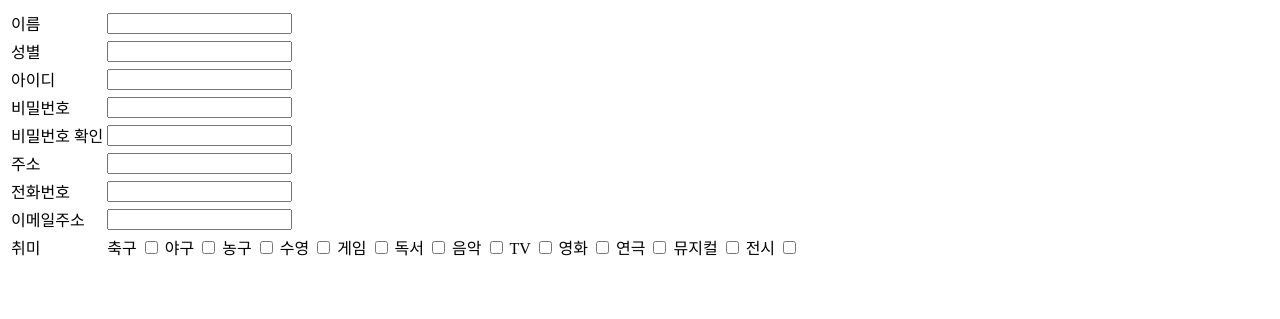
Repository: Gabintree/JDBC2019
Page: http://localhost/Jsp20190510_start/Jsp0516_chap6.jsp
These files come from the project's save history. The page is drawn as it stood at one moment and after the next save; the edit follows.
The browser window is 1280 px wide. The pictures show the whole page.
The page is served by Tomcat 9.

Above is the page before, as saved 2019-05-16 06:10:45.

### Jsp20190510_start/WebContent/Jsp0516_chap6.jsp
<%@ page language="java" contentType="text/html; charset=UTF-8"
    pageEncoding="UTF-8"%>
<!DOCTYPE html>
<html>
<head>
<meta charset="UTF-8">
<title>Chaop6 page.1</title>
</head>
<body>
	<form action="" method="">
	<table>
		<tr>
			<td>이름</td>
			<td><input type ="text" name="name"></td>
		</tr>
		<tr>
			<td>성별</td>
			<td><input type ="text" name="nmayeo"></td>
		</tr>
		<tr>
			<td>아이디</td>
			<td><input type ="text" name="id"></td>
		</tr>
		<tr>
			<td>비밀번호</td>
			<td><input type ="text" name="pw"></td>
		</tr>
		<tr>
			<td>비밀번호 확인</td>
			<td><input type = "text" name="pw_re"></td>
		</tr>
		<tr>
			<td>주소</td>
			<td><input type ="text" name="ad"></td>
		</tr>
		<tr>
			<td>전화번호</td>
			<td><input type ="tel" name="tel"></td>
		</tr>
		<tr>
			<td>이메일주소</td>
			<td><input type = "email" name= "mail"></td>
		</tr>
		<tr>
			<td>취미</td>
			<td>
				축구 <input type="checkbox" name="hobby" value="축구">
				야구 <input type="checkbox" name="hobby" value="야구">
				농구 <input type="checkbox" name="hobby" value="농구">
				수영 <input type="checkbox" name="hobby" value="수영">
				게임 <input type="checkbox" name="hobby" value="게임">
				독서 <input type="checkbox" name="hobby" value="독서">
				음악 <input type="checkbox" name="hobby" value="음악">
				TV <input type="checkbox" name="hobby" value="TV">
				영화 <input type="checkbox" name="hobby" value="영화">
				연극 <input type="checkbox" name="hobby" value="연극">
				뮤지컬 <input type="checkbox" name="hobby" value="뮤지컬">
				전시 <input type="checkbox" name="hobby" value="전시">

			</td>
		</tr>



	</table>
	</form>




</body>
</html>

After the next save:
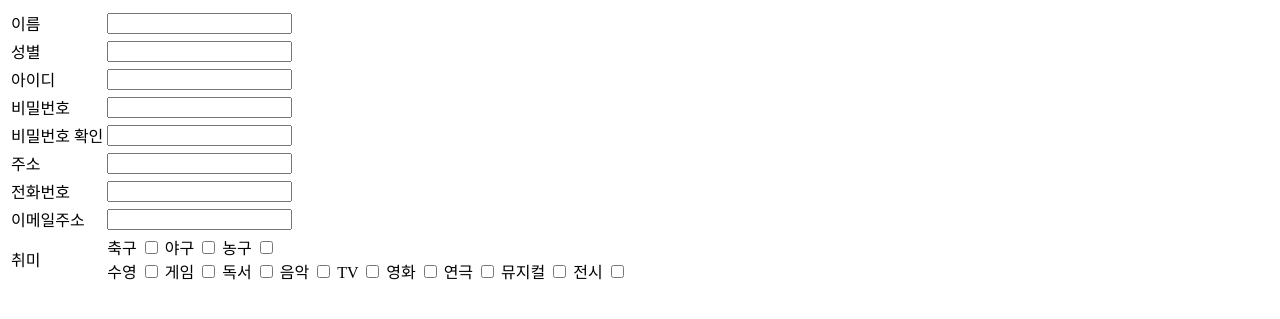
Saved 12 s later.
--- a/Jsp20190510_start/WebContent/Jsp0516_chap6.jsp
+++ b/Jsp20190510_start/WebContent/Jsp0516_chap6.jsp
@@ -46,7 +46,7 @@
 			<td>
 				축구 <input type="checkbox" name="hobby" value="축구">
 				야구 <input type="checkbox" name="hobby" value="야구">
-				농구 <input type="checkbox" name="hobby" value="농구">
+				농구 <input type="checkbox" name="hobby" value="농구"><br>
 				수영 <input type="checkbox" name="hobby" value="수영">
 				게임 <input type="checkbox" name="hobby" value="게임">
 				독서 <input type="checkbox" name="hobby" value="독서">
